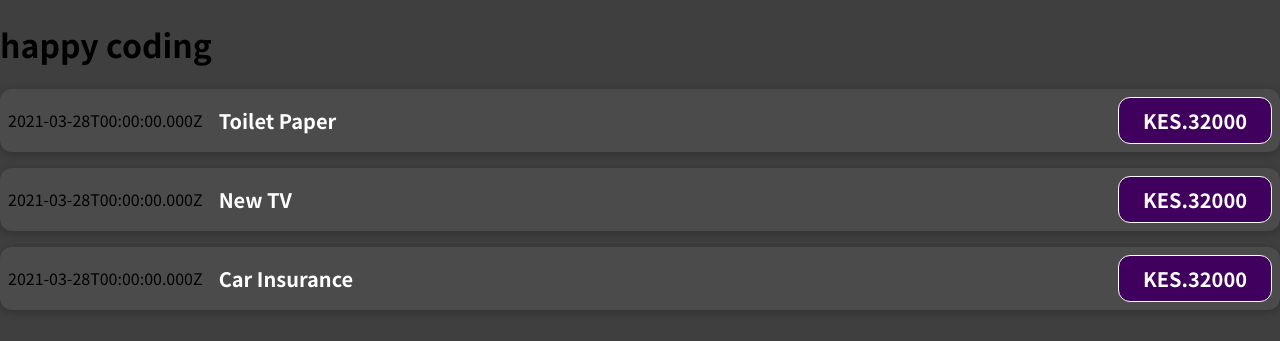
Repository: Samkiroko/expense-tracker-react
Page: /
An editor plug-in stored every save of this project. The page is shown before and after the next save, followed by the edit.
The browser window is 1280 px wide. The pictures show the whole page.
The project was rebuilt for these pictures with package versions that can differ from the ones it lists, and the page was loaded fresh each time.

Above is the page before, as saved 2021-06-08 11:27:51.

After the next save:
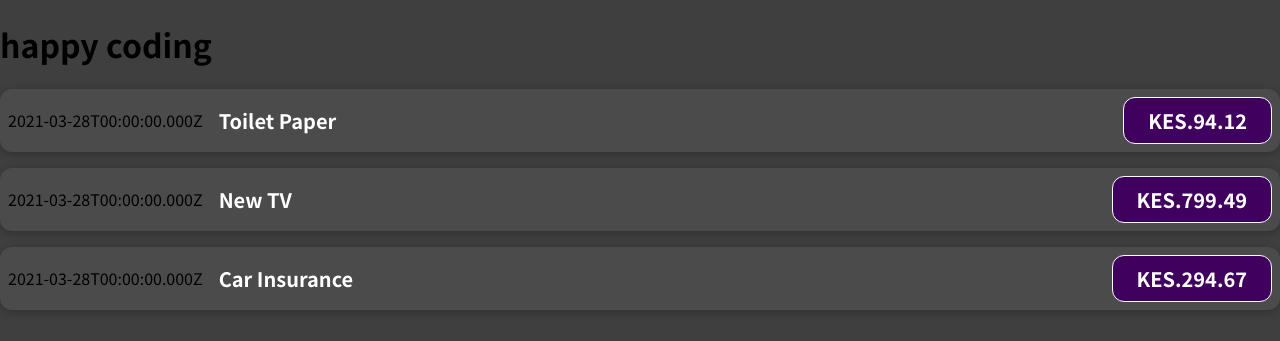
Saved 45 s later.
--- a/src/components/ExpenseItem.js
+++ b/src/components/ExpenseItem.js
@@ -10,7 +10,7 @@ function ExpenseItem(props) {
       <div>{expenseDate.toISOString()}</div>
       <div className='expense-item__description'>
         <h2>{props.title}</h2>
-        <div className='expense-item__price'>KES.{expenseAmount}</div>
+        <div className='expense-item__price'>KES.{props.amount}</div>
       </div>
     </div>
   )
